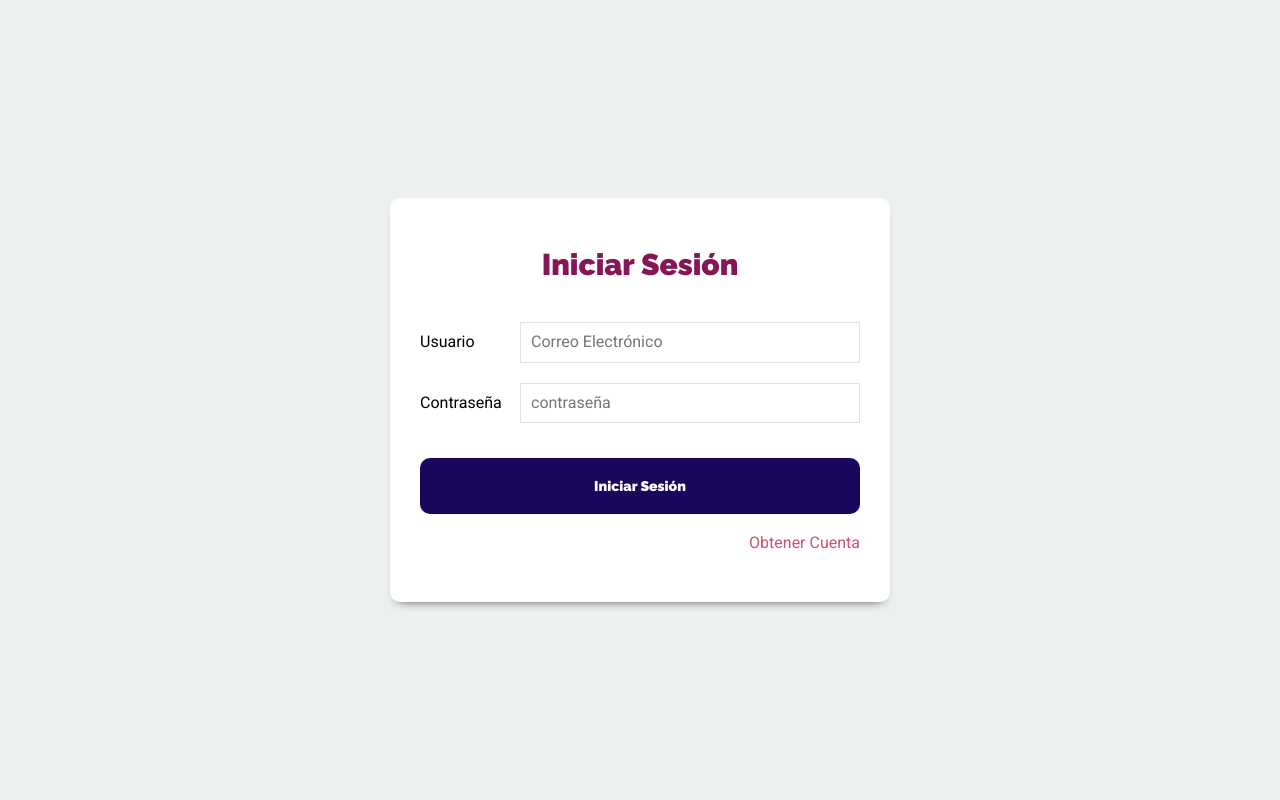
Repository: andrescovarrubias/admin-proyectos
Page: / (app in cliente/)
The author's editor kept a copy of each file at every save. The page is drawn from the files as they stood at one save, then again after the next save.
The browser window is 1280 px wide. The pictures show the whole page.
The project was rebuilt for these pictures with package versions that can differ from the ones it lists, and the page was loaded fresh each time. Also part of the build but not shown: cliente/src/components/auth/NuevaCuenta.jsx, cliente/src/components/proyectos/NuevoProyecto.jsx, cliente/src/components/layout/SideBar.jsx, cliente/src/components/proyectos/Proyectos.jsx.

Above is the page before, as saved 2020-10-31 17:24:45.

### cliente/src/index.css
:root {
  --blanco: #ffffff;
  --blanco2: #fcf7ff;
  --blanco3: #ecf0f1;
  --azul1: #258ea6;
  --morado1: #4d376d;
  --morado2: #861657;
  --azul2: #1b065e;
  --azul3: #2e4052;
  --rojo: #d60d1e;
  --rojo2: #b8082c;
  --headingFont: "Raleway", sans-serif;
  --textFont: "Roboto", sans-serif;
}
*,
*:before,
*:after {
  box-sizing: inherit;
}
html {
  box-sizing: border-box;
  height: 100%;
  font-size: 62.5%;
}
body {
  min-height: 100%;
  background-color: #ecf0f1;
  font-size: 16px;
  font-size: 1.6rem;
  font-family: var(--textFont);
}

h1,
h2 {
  font-family: var(--headingFont);
  font-weight: 900;
  margin: 0 0 4rem 0;
  text-align: center;
  color: var(--rojo);
}
h1 span {
  font-weight: 400;
}
h1 {
  font-size: 3rem;
}
h2 {
  font-size: 2.4rem;
}
ul {
  list-style: none;
  padding: 0;
  margin: 0;
}
a {
  text-decoration: none;
  color: var(--gris2);
}

/** BOTONES **/
.btn {
  margin-top: 2vh;
  font-family: var(--headingFont);
  padding: 20px;
  font-size: 14px;
  font-weight: bold;
  border-radius: 10px;
  border: none;
  transition: background-color 0.3s ease;
}
.btn:hover {
  cursor: pointer;
}
.btn-primario {
  background-color: var(--azul2);
  color: var(--blanco);
}
.btn-primario:hover {
  background: rgb(185, 26, 47);
}
.btn-secundario {
  background-color: var(--rojo2);
}
.btn-block {
  display: block;
  width: 100%;
}
.btn-submit:hover {
  background-color: rgb(185, 26, 47);
}
.btn-blank {
  margin: 0;
  padding: 0;
  display: block;
  background-color: transparent;
}

@media (min-width: 768px) {
  .contenedor-app {
    display: flex;
    min-height: 100vh;
  }

  aside {
    background-color: var(--blanco);
    flex: 0 0 300px;
  }
  .seccion-principal {
    flex: 1;
  }
}

/* BARRA LATERAL */
aside {
  padding: 3rem;
}

.formulario-nuevo-proyecto {
  margin-top: 6rem;
}
.formulario-nuevo-proyecto .input-text {
  border-bottom: 1px solid var(--gris2);
  border-radius: 0;
  background-color: var(--gris1);
}
.formulario-nuevo-proyecto .input-text::placeholder {
  color: var(--gris2);
}
.proyectos {
  margin-top: 5vh;
}
.listado-proyectos li {
  margin-bottom: 2rem;
}
.listado-proyectos li a {
  font-size: 1.4rem;
  color: var(--gris2);
  line-height: 1.5;
  font-weight: 300;
}
.app-header {
  display: flex;
  justify-content: space-between;
  background-color: var(--gris2);
  padding: 4rem;
}
.nombre-usuario {
  color: var(--blanco);
  font-size: 2.2rem;
  margin: 0;
}
.nombre-usuario span {
  font-weight: 900;
}
.nav-principal a {
  color: var(--blanco);
  text-decoration: none;
}
.nav-principal a:first-of-type {
  margin-right: 2rem;
}

/** Formulario crear y editar tareas **/
.formulario {
  background-color: var(--gris3);
  padding: 4rem;
}
.formulario form {
  max-width: 600px;
  margin: 0 auto;
}
.contenedor-input {
  display: flex;
}
.contenedor-input label {
  margin-bottom: 1rem;
  color: var(--blanco);
}
.input-text {
  padding: 1rem;
  border: none;
  border-radius: 0.5rem;
  flex: 1;
  width: 100%;
}

/** TAREAS LISTADO **/
.contenedor-tareas {
  padding: 4rem;
}

.listado-tareas {
  max-width: 600px;
  margin: 0 auto;
}

.tarea {
  display: flex;
  justify-content: space-between;
  background-color: var(--blanco);
  padding: 0.5rem 2rem;
  align-items: center;
  margin-bottom: 1rem;
  border-radius: 0.5rem;
}
.sombra {
  -webkit-box-shadow: 0px 4px 10px -3px rgba(117, 117, 117, 1);
  -moz-box-shadow: 0px 4px 10px -3px rgba(117, 117, 117, 1);
  box-shadow: 0px 4px 10px -3px rgba(117, 117, 117, 1);
}
.sombra-dark {
  -webkit-box-shadow: 0px 6px 11px -8px rgba(0, 0, 0, 0.9);
  -moz-box-shadow: 0px 6px 11px -8px rgba(0, 0, 0, 0.9);
  box-shadow: 0px 6px 11px -8px rgba(0, 0, 0, 0.9);
}
.tarea .acciones .btn:first-of-type {
  margin-right: 1rem;
}
.tarea p {
  font-size: 1.6rem;
  flex: 1;
  padding-right: 2rem;
}
.tarea .btn {
  padding: 0.8rem;
  font-size: 1.4rem;
  border-radius: 0;
  margin: 0;
}

.estado {
  margin-right: 1rem;
}
.estado button,
.mensaje {
  font-weight: 900;
  font-family: var(--textFont);
  font-size: 1rem;
  padding: 0.5rem;
  border-radius: 0.5rem;
  cursor: pointer;
  border: none;
}
.mensaje {
  text-align: center;
  font-size: 1.6rem;
  border-radius: 0;
}
.mensaje:hover {
  cursor: default;
}
.completo,
.correcto {
  background-color: rgba(154, 252, 154, 0.3);
  color: var(--gris3);
}
.incompleto {
  background-color: rgba(255, 178, 178, 0.4);
  color: var(--gris3);
}
.error {
  max-width: 600px;
  margin: 2rem auto 0 auto;
  background-color: rgb(170, 0, 0);
  color: var(--blanco);
}

.tarea-enter,
.proyecto-enter {
  opacity: 0;
}
.tarea-enter-active,
.proyecto-enter-active {
  opacity: 1;
  transition: opacity 200ms;
}
.tarea-exit,
.proyecto-exit {
  opacity: 1;
}
.tarea-exit-active,
.proyecto-exit-active {
  opacity: 0;
  transition: opacity 200ms;
}

.form-usuario {
  height: 100vh;
  min-height: 800px;
  display: flex;
  align-items: center;
  justify-content: center;
}

.contenedor-form {
  padding: 5rem 3rem;
  max-width: 500px;
  width: 95%;
  background-color: var(--blanco);
  border-radius: 1rem;
}
.contenedor-form h1 {
  color: var(--morado2);
}

.campo-form {
  display: flex;
  margin-bottom: 2rem;
  align-items: center;
}
.campo-form:last-of-type {
  margin: 0;
}
.campo-form label {
  flex: 0 0 100px;
  font-family: var(--textFont);
}
.campo-form input[type="password"],
.campo-form input[type="email"],
.campo-form input[type="text"] {
  border: 1px solid #e1e1e1;
  padding: 1rem;
  flex: 1;
}

.enlace-cuenta {
  margin-top: 2rem;
  display: block;
  opacity: 0.7;
  float: right;
  color: var(--rojo2);
}
.enlace-cuenta:hover {
  text-decoration: underline var(--rojo);
}

.alerta {
  position: fixed;
  top: 0;
  left: 0;
  padding: 1rem 3rem;
  border-radius: 1rem;
  font-family: var(--headingFont);
  font-weight: 600;
  text-transform: uppercase;
  font-size: 2.2rem;
  text-align: center;
  width: 100%;
}
@media (min-width: 768px) {
  .alerta {
    width: auto;
    top: 30px;
    right: 10px;
    left: auto;
  }
}

.alerta-ok {
  background-color: rgb(109, 211, 109);
  color: rgb(2, 103, 2);
}
.alerta-error {
  background-color: rgb(230, 78, 78);
  color: var(--blanco);
}

### cliente/src/App.js
import React, {Fragment, useState, useEffect, useContext} from 'react';
import Login from './components/auth/Login';
import NuevaCuenta from './components/auth/NuevaCuenta';
import Proyectos from './components/proyectos/Proyectos';

import {BrowserRouter as Router, Switch, Route} from 'react-router-dom';


function App() {
  return (
    <Router>
      <Switch>
        <Route exact path='/' component = {Login} />
        <Route exact path='/nueva-cuenta' component = {NuevaCuenta} />
        <Route exact path='/proyectos' component = {Proyectos} />
      </Switch>
    </Router>
  );
}

export default App;

### cliente/src/components/auth/Login.jsx
import React, { useState } from 'react';
import {Link} from 'react-router-dom';


const Login = () => {

     // state para iniciar sesion
     const [usuario, guardarUsuario] = useState ({
          email:'',
          password:''
     });

     // extraer el usuario
     const {email, password} = usuario;

     const onChange = e => {
          guardarUsuario({
               ...usuario,
               [e.target.name] : e.target.value
          })
     }


     // cuando el usuario quiere iniciar sesion
     const onSubmit = e => {
          e.preventDefault();

          // validar que no haya campos vacios

          // contraseña minimo de 6 caracteres

          // contraseña iguales

          // pasarlo al action

     }

     return (
          <div className="form-usuario">
               <div className="contenedor-form sombra-dark">
                    <h1>Iniciar Sesión</h1>
                    <form
                         onSubmit = {onSubmit}
                    >
                         <div className="campo-form">
                              <label htmlFor="email">Usuario</label>
                              <input
                                   type="email"
                                   id="email"
                                   name="email"
                                   placeholder="Correo Electrónico"
                                   autocomplete="off"
                                   required
                                   value={email}
                                   onChange={onChange}
                              />
                         </div>
                         <div className="campo-form">
                              <label htmlFor="password">Contraseña</label>
                              <input
                                   type="password"
                                   id="password"
                                   name="password"
                                   placeholder="contraseña"
                                   autocomplete="off"
                                   value={password}
                                   required
                                   onChange={onChange}
                              />
                         </div>

                         <div className="campo-form">
                              <input type="submit" className=" btn btn-primario btn-block" value="Iniciar Sesión"/>
                         </div>
                    </form>
                    <Link to={'/nueva-cuenta'} className="enlace-cuenta">
                         Obtener Cuenta
                    </Link>
               </div>
          </div>
      );
}

export default Login;

Loaded but not shown: cliente/public/index.html (common file); cliente/src/index.js (common file); cliente/src/reportWebVitals.js (common file)

After the next save:
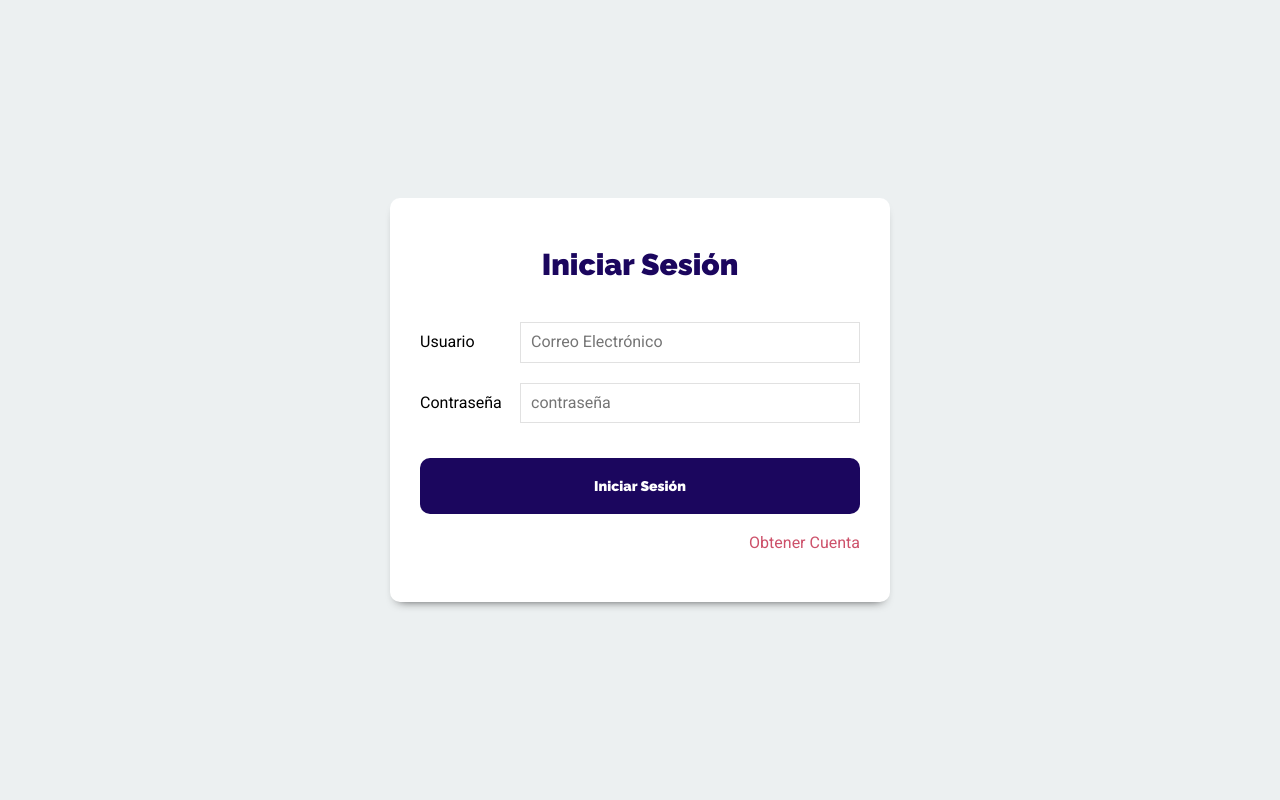
Saved 14 s later.
--- a/cliente/src/index.css
+++ b/cliente/src/index.css
@@ -300,7 +300,7 @@ aside {
   border-radius: 1rem;
 }
 .contenedor-form h1 {
-  color: var(--morado2);
+  color: var(--azul2);
 }
 
 .campo-form {
